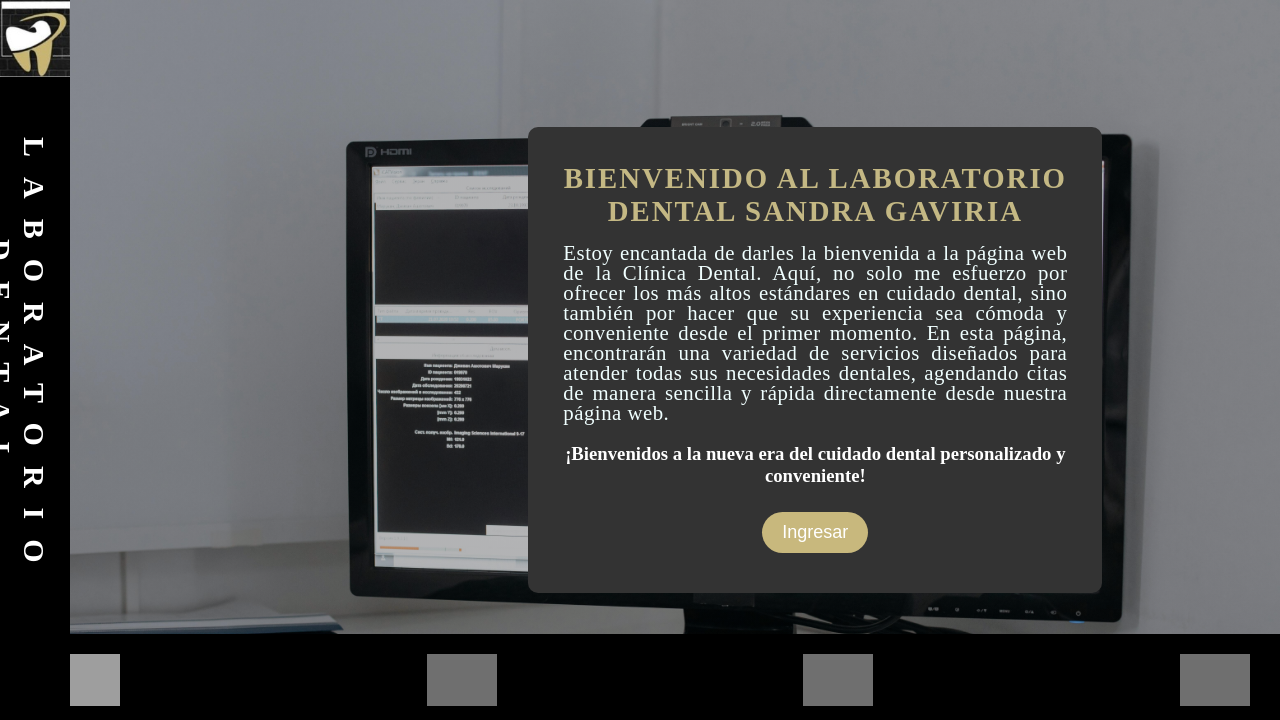
Repository: IIntef/ProyectoDental2.0
Page: Proyecto/Proyecto/Fer.html
The author's editor kept a copy of each file at every save. The page is drawn from the files as they stood at one save, then again after the next save.
The browser window is 1280 px wide. The pictures show the whole page.
The pointer rests on the first visible `.icono-link`.
Pictures or frames that could not be fetched are drawn as grey boxes.

Above is the page before, as saved 2024-06-19 17:35:32.

### Proyecto/Proyecto/Fer.html
<!DOCTYPE html>
<html lang="en">
<head>
    <meta charset="UTF-8">
    <meta name="viewport" content="width=device-width, initial-scale=1.0">
    <title>Inicio</title>
    <link rel="stylesheet" href="StyleFer.css">
<body>
    <header>
        <img src="Logo.jpeg" alt="Logo Laboratorio Dental">
        <h1>LABORATORIO DENTAL</h1>
    </header>
    <main>
        <div class="container">
            <h2>BIENVENIDO AL LABORATORIO DENTAL SANDRA GAVIRIA</h2>
            <p>Estoy encantada de darles la bienvenida a la página web de la Clínica Dental. Aquí, no solo me esfuerzo por ofrecer los más altos estándares
            en cuidado dental, sino también por hacer que su experiencia sea cómoda y conveniente desde el primer momento.
            En esta página, encontrarán una variedad de servicios diseñados para atender todas sus necesidades dentales, agendando citas de manera sencilla y rápida directamente desde nuestra página web.</p>
            <h3>¡Bienvenidos a la nueva era del cuidado dental personalizado y conveniente!</h3>
            <div class="buttons">
                <button id="Ingresar">Ingresar</button>
            </div>
        </div>
    </main>
    <footer>
        <div class="contenedor1">
            <a href="https://www.facebook.com/profile.php?id=100042873386422&mibextid=ZbWKwL" class="icono-link">
                <img src="Facebook.png" alt="Facebook">
            </a>
            <a href="#" class="icono-link">
                <img src="Whatsapp.png" alt="Whatsapp">
            </a>
            <a href="https://maps.app.goo.gl/ANEuUgRV9diJPPBv7" class="icono-link">
                <img src="Ubicacion.png" alt="Ubicacion">
            </a>
            <a href="#" class="icono-link">
                <img src="Acerca de.png" alt="Acerca de">
            </a>
        </div>
    </footer>
</body>
</html>

### Proyecto/Proyecto/StyleFer.css
header{
    position: relative;
    background-color: #000000;
    width: fit-content;
    height: 100vh;
    display: flex;
    flex-direction: column;
    align-items: center;
    justify-content: space-between;
    z-index: 1;
}

header h1 {
        position: absolute;
        top: 0;
        bottom: 0;
        left: 0;
        right: 0;
        margin: 27%;
        writing-mode: vertical-rl;
        letter-spacing: 20px;
        font-size: 30px;
        transform: rotate(0deg);
        color: #fff;
        font-weight: bold;
    }


header img {
    width: 8vw;
    max-width: 70px;
}

main{
    width: 100%;
    justify-content:center;
    align-items: center;
    margin-left: calc(55% - 6.5cm);
}

.container{
    flex: 1;
    background-color: #333;
    color: #ffffff;
    padding: 35px;
    text-align: center;
    width: 70vw;
    max-width: 70vh;
    border-radius: 10px;
}
body {
    padding: 0;
    margin: 0;
    font-family: 'Times New Roman', Times, serif, Helvetica, Arial, sans-serif;
    display: flex;
    align-items: center;
    min-height: 100%;
    background: linear-gradient(rgba(5,7,12,0.3), rgba(5,7,12,0.3)), url("Fondo.jpg"), no-repeat center center fixed;
    width: 100%;
    background-size: cover;
}

h1{
    margin: 0;
    color: white;
    font-family: 'Fredoka One', cursive;
    letter-spacing: 2px;
    font-size: clamp(1.5rem, 2.5vw, 2rem);
    text-align: center;
}

h2{
    margin: 0;
    color: #c4b884;
    font-family: 'Fredoka One';
    letter-spacing: 2px;
    font-size: clamp(1.2rem, 2.5vw, 1.8rem);
    text-align:center;
}

h3{
    color: #ffffff;
}

p{
    font-weight: 100;
    line-height: 20px;
    letter-spacing: 0.5px;
    margin: 15px 0 20px;
    font-size: clamp(1.2rem, 2.5vw, 1.3rem);
    text-align: justify;
    color:azure;
}


.buttons {
    margin-top: 20px;
    align-items: center;
}

button {
    font-size: large;
    background-color: #c8b87d;
    color: #ffffff;
    border: none;
    padding: 10px 20px;
    margin: 5px;
    cursor: pointer;
    border-radius: 30px; /* Bordes redondos */
    transition: background-color 0.3s; /* Transición suave del color de fondo */
}

button:hover {
    background-color: #c4b884; /* Cambia el color al pasar el cursor */
}

footer{
    position: fixed; /* Fijar el pie de página */
    bottom: 0; /* Alinearlo al fondo */
    left: 0; /* Alinearlo a la izquierda */
    width: 100%; /* Ocupar todo el ancho */
    background-color: #000000; /* Color de fondo */
    padding: 10px; /* Espaciado interior */
    text-align: right; /* Alinear contenido a la derecha */
    color: #ffffff; /* Color del texto */
}
h6{
    text-align: center;
    letter-spacing: 0cap;
}

footer img {
    width: 8vw;
    max-width: 70px;
}

.contenedor1 {
    max-width: 1200px;
    margin: 0 auto;
    padding: 0 20px;
    display: flex;
    justify-content: space-between;
    flex-basis: 45%;
}

.icono-link {
    margin-top: 10px;
    display: inline-block;
    margin: 0.10;
    opacity: 0.7;
    transition: opacity 0.3s ease;
}

.icono-link a {
    display: inline-block;
    margin-right: 10px;
}

.icono-link img {
    width: 8vw;
    max-width: 70px;
    opacity: calc(100);
}

.icono-link:hover{
    opacity: 1;
}

iframe img{
    width: 8vw;
    max-width: 70px;
}

After the next save:
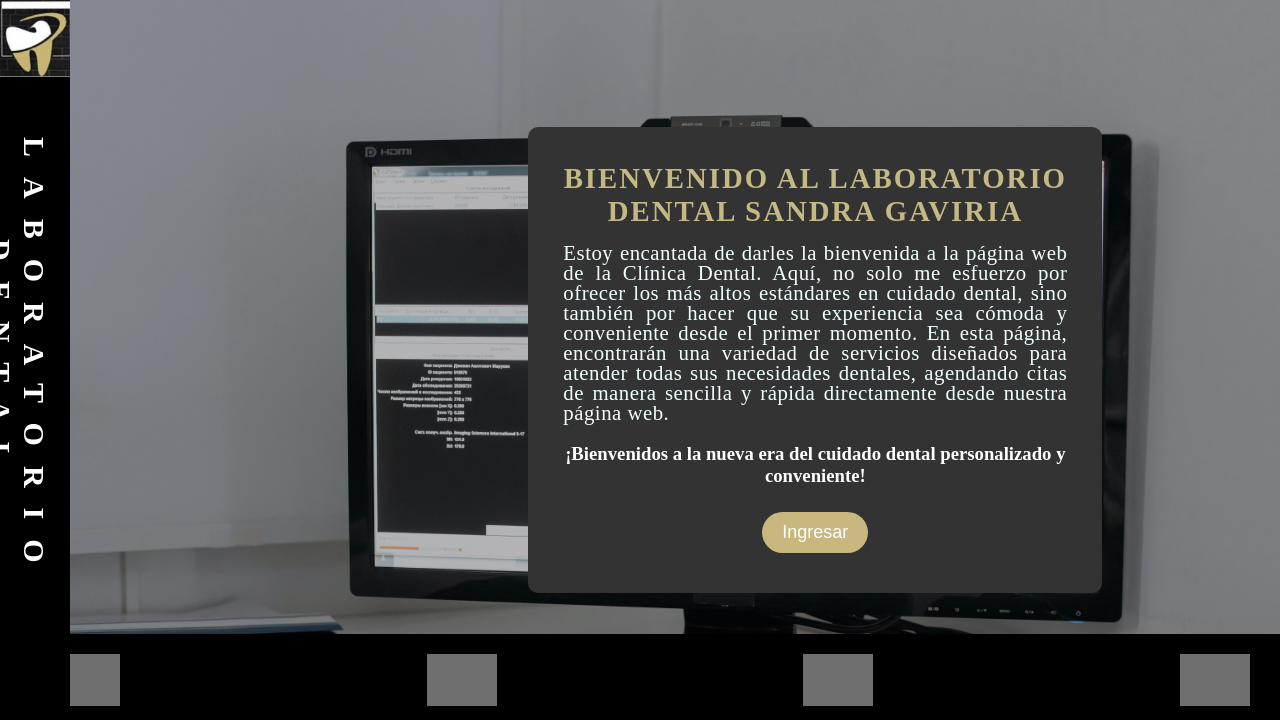
Saved 10 s later.
--- a/Proyecto/Proyecto/StyleFer.css
+++ b/Proyecto/Proyecto/StyleFer.css
@@ -162,9 +162,6 @@
     opacity: calc(100);
 }
 
-.icono-link:hover{
-    opacity: 1;
-}
 
 iframe img{
     width: 8vw;

After the save that followed:
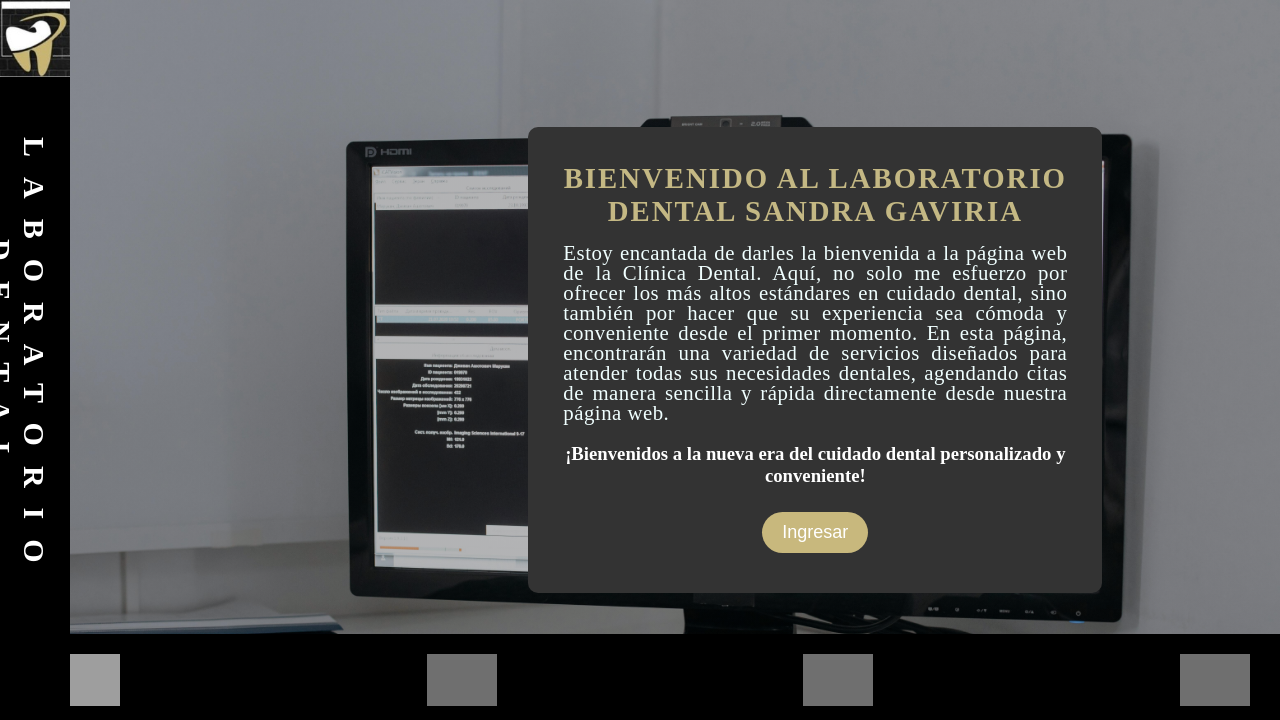
Saved 17 s later.
--- a/Proyecto/Proyecto/StyleFer.css
+++ b/Proyecto/Proyecto/StyleFer.css
@@ -162,6 +162,9 @@
     opacity: calc(100);
 }
 
+.icono-link:hover{
+    opacity: 1;
+}
 
 iframe img{
     width: 8vw;
